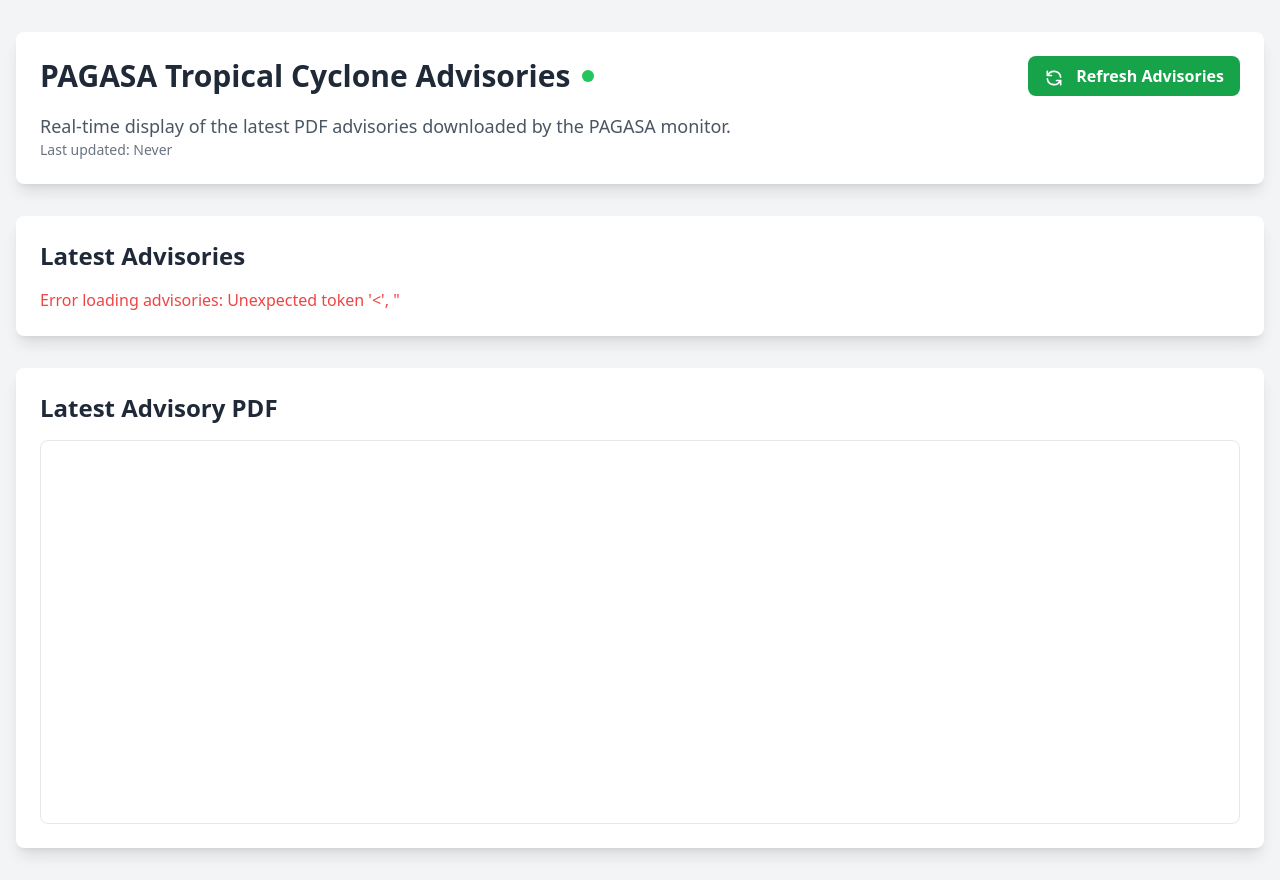
Repository: JetSpy-404/Heat-Mapping-For-Disaster-Risk-Prone-Areas
Page: pdf_viewer.html
The author's editor kept a copy of each file at every save. The page is drawn from the files as they stood at one save, then again after a run of saves.
The browser window is 1280 px wide. The pictures show the whole page.
Some web libraries are served in a nearby version.

Above is the page before, as saved 2025-11-09 21:06:28.

### pdf_viewer.html
<!DOCTYPE html>
<html lang="en">
<head>
    <meta charset="UTF-8">
    <meta name="viewport" content="width=device-width, initial-scale=1.0">
    <title>PAGASA Advisories Viewer</title>
    <script src="https://cdn.tailwindcss.com"></script>
</head>
<body class="bg-gray-100 min-h-screen py-8 px-4">
    <div class="max-w-7xl mx-auto">
        <!-- Header Section -->
        <div class="bg-white rounded-lg shadow-lg p-6 mb-8">
            <div class="flex items-center justify-between mb-4">
                <h1 class="text-3xl font-bold text-gray-800 flex items-center">
                    PAGASA Tropical Cyclone Advisories
                    <span class="status-indicator ml-3 w-3 h-3 bg-green-500 rounded-full" id="status-indicator"></span>
                </h1>
                <button class="bg-green-600 hover:bg-green-700 text-white font-semibold py-2 px-4 rounded-lg transition duration-200 refresh-btn" onclick="refreshPDFs()">
                    <svg class="w-5 h-5 inline mr-2" fill="none" stroke="currentColor" viewBox="0 0 24 24">
                        <path stroke-linecap="round" stroke-linejoin="round" stroke-width="2" d="M4 4v5h.582m15.356 2A8.001 8.001 0 004.582 9m0 0H9m11 11v-5h-.581m0 0a8.003 8.003 0 01-15.357-2m15.357 2H15"></path>
                    </svg>
                    Refresh Advisories
                </button>
            </div>
            <p class="text-gray-600 text-lg">Real-time display of the latest PDF advisories downloaded by the PAGASA monitor.</p>
            <p class="text-sm text-gray-500" id="last-updated">Last updated: Never</p>
            <div class="loading hidden text-center py-4 text-gray-500 font-medium" id="loading">
                <svg class="animate-spin w-6 h-6 inline mr-2" fill="none" viewBox="0 0 24 24">
                    <circle class="opacity-25" cx="12" cy="12" r="10" stroke="currentColor" stroke-width="4"></circle>
                    <path class="opacity-75" fill="currentColor" d="M4 12a8 8 0 018-8V0C5.373 0 0 5.373 0 12h4zm2 5.291A7.962 7.962 0 014 12H0c0 3.042 1.135 5.824 3 7.938l3-2.647z"></path>
                </svg>
                Loading advisories...
            </div>
        </div>

        <!-- Advisories List -->
        <div id="advisories-list" class="bg-white rounded-lg shadow-lg p-6">
            <h2 class="text-2xl font-bold text-gray-800 mb-4">Latest Advisories</h2>
            <ul id="advisories-ul" class="space-y-4">
                <!-- Advisories will be loaded here dynamically -->
            </ul>
        </div>

        <!-- Latest PDF Display -->
        <div id="latest-pdf-display" class="bg-white rounded-lg shadow-lg p-6 mt-8">
            <h2 class="text-2xl font-bold text-gray-800 mb-4">Latest Advisory PDF</h2>
            <iframe id="latest-pdf-iframe" class="w-full h-96 border border-gray-200 rounded-lg" type="application/pdf"></iframe>
        </div>
    </div>

    <!-- PDF Modal -->
    <div id="pdf-modal" class="fixed inset-0 bg-black bg-opacity-50 hidden z-50">
        <div class="flex items-center justify-center min-h-screen p-4">
            <div class="bg-white rounded-lg shadow-2xl w-full max-w-6xl max-h-screen overflow-hidden">
                <div class="bg-gradient-to-r from-blue-600 to-blue-700 px-6 py-4 flex items-center justify-between">
                    <h2 id="modal-title" class="text-xl font-bold text-white">PDF Viewer</h2>
                    <button onclick="closePDFModal()" class="text-white hover:text-gray-200 transition duration-200">
                        <svg class="w-6 h-6" fill="none" stroke="currentColor" viewBox="0 0 24 24">
                            <path stroke-linecap="round" stroke-linejoin="round" stroke-width="2" d="M6 18L18 6M6 6l12 12"></path>
                        </svg>
                    </button>
                </div>
                <div class="p-6">
                    <iframe id="modal-pdf-iframe" class="w-full h-[80vh] border border-gray-200 rounded-lg" type="application/pdf"></iframe>
                </div>
            </div>
        </div>
    </div>

    <script>
        let lastUpdate = null;

        // Load PDFs on page load
        document.addEventListener('DOMContentLoaded', function() {
            loadPDFs();
            // Auto-refresh every 5 minutes
            setInterval(loadPDFs, 5 * 60 * 1000);

            // Start PAGASA monitor
            startPagasaMonitor();
        });

        async function loadPDFs() {
            const loading = document.getElementById('loading');
            const statusIndicator = document.getElementById('status-indicator');
            const container = document.getElementById('advisories-ul');

            loading.style.display = 'block';
            statusIndicator.classList.add('updating');

            try {
                const response = await fetch('list_pdfs.php');
                if (!response.ok) {
                    throw new Error(`HTTP ${response.status}: ${response.statusText}`);
                }

                const pdfs = await response.json();
                console.log('Loaded PDFs:', pdfs);

                if (pdfs.error) {
                    throw new Error(pdfs.error);
                }

                // Always display PDFs for now (remove update check to force refresh)
                displayAdvisories(pdfs);
                displayLatestPDF(pdfs);
                lastUpdate = pdfs.length > 0 ? pdfs[0].modified : null;

                // Update last updated time
                updateLastUpdatedTime();

            } catch (error) {
                console.error('Error loading PDFs:', error);
                container.innerHTML = `<li class="text-red-500">Error loading advisories: ${error.message}. Please check if PHP is running and try again.</li>`;
            } finally {
                loading.style.display = 'none';
                statusIndicator.classList.remove('updating');
            }
        }

        function displayAdvisories(pdfs) {
            const container = document.getElementById('advisories-ul');

            if (pdfs.length === 0) {
                container.innerHTML = `
                    <li class="text-gray-500 text-center py-8">
                        <svg class="w-16 h-16 mx-auto text-gray-400 mb-4" fill="none" stroke="currentColor" viewBox="0 0 24 24">
                            <path stroke-linecap="round" stroke-linejoin="round" stroke-width="2" d="M9 12h6m-6 4h6m2 5H7a2 2 0 01-2-2V5a2 2 0 012-2h5.586a1 1 0 01.707.293l5.414 5.414a1 1 0 01.293.707V19a2 2 0 01-2 2z"></path>
                        </svg>
                        <h3 class="text-xl font-semibold text-gray-700 mb-2">No PDF Advisories Found</h3>
                        <p class="text-gray-500">The monitor may still be downloading files. Please check back later.</p>
                    </li>
                `;
                return;
            }

            // Display only the latest and last hours advisory (first two in sorted list)
            const latestAdvisories = pdfs.slice(0, 2);

            let html = '';
            latestAdvisories.forEach(pdf => {
                const fileSizeMB = (pdf.size / (1024 * 1024)).toFixed(2);
                html += `
                    <li class="bg-gray-50 rounded-lg p-4 border border-gray-200">
                        <div class="flex items-center justify-between">
                            <div class="flex-1">
                                <h3 class="text-lg font-semibold text-gray-800 mb-2">
                                    ${formatPDFTitle(pdf.filename)}
                                </h3>
                                <div class="text-sm text-gray-600 space-y-1">
                                    <div class="flex items-center">
                                        <svg class="w-4 h-4 mr-2" fill="none" stroke="currentColor" viewBox="0 0 24 24">
                                            <path stroke-linecap="round" stroke-linejoin="round" stroke-width="2" d="M12 8v4l3 3m6-3a9 9 0 11-18 0 9 9 0 0118 0z"></path>
                                        </svg>
                                        Updated: ${pdf.modified}
                                    </div>
                                    <div class="flex items-center">
                                        <svg class="w-4 h-4 mr-2" fill="none" stroke="currentColor" viewBox="0 0 24 24">
                                            <path stroke-linecap="round" stroke-linejoin="round" stroke-width="2" d="M7 4V2a1 1 0 011-1h8a1 1 0 011 1v2m-9 0h10m-9 0V1m10 3V1m0 3l1 1v16a2 2 0 01-2 2H6a2 2 0 01-2-2V5l1-1z"></path>
                                        </svg>
                                        Size: ${fileSizeMB} MB
                                    </div>
                                </div>
                            </div>
                            <div class="flex space-x-2 ml-4">
                                <button onclick="viewFullPDF('${pdf.path}', '${formatPDFTitle(pdf.filename)}')" class="bg-blue-500 text-white hover:bg-blue-600 font-semibold py-2 px-4 rounded-lg transition duration-200 flex items-center">
                                    <svg class="w-4 h-4 mr-2" fill="none" stroke="currentColor" viewBox="0 0 24 24">
                                        <path stroke-linecap="round" stroke-linejoin="round" stroke-width="2" d="M15 12a3 3 0 11-6 0 3 3 0 016 0z"></path>
                                        <path stroke-linecap="round" stroke-linejoin="round" stroke-width="2" d="M2.458 12C3.732 7.943 7.523 5 12 5c4.478 0 8.268 2.943 9.542 7-1.274 4.057-5.064 7-9.542 7-4.477 0-8.268-2.943-9.542-7z"></path>
                                    </svg>
                                    View
                                </button>
                                <a href="${pdf.path}" target="_blank" class="bg-green-500 text-white hover:bg-green-600 font-semibold py-2 px-4 rounded-lg transition duration-200 flex items-center">
                                    <svg class="w-4 h-4 mr-2" fill="none" stroke="currentColor" viewBox="0 0 24 24">
                                        <path stroke-linecap="round" stroke-linejoin="round" stroke-width="2" d="M12 10v6m0 0l-3-3m3 3l3-3m2 8H7a2 2 0 01-2-2V5a2 2 0 012-2h5.586a1 1 0 01.707.293l5.414 5.414a1 1 0 01.293.707V19a2 2 0 01-2 2z"></path>
                                    </svg>
                                    Download
                                </a>
                            </div>
                        </div>
                    </li>
                `;
            });

            container.innerHTML = html;
        }

        function formatPDFTitle(filename) {
            // Convert filename to readable title
            return filename
                .replace('.pdf', '')
                .replace(/_/g, ' ')
                .replace(/\b\w/g, l => l.toUpperCase());
        }

        function viewFullPDF(pdfPath, title) {
            const modal = document.getElementById('pdf-modal');
            const modalTitle = document.getElementById('modal-title');
            const modalIframe = document.getElementById('modal-pdf-iframe');

            modalTitle.textContent = title;
            modalIframe.src = pdfPath;
            modal.classList.remove('hidden');

            // Prevent body scroll when modal is open
            document.body.style.overflow = 'hidden';
        }

        function displayLatestPDF(pdfs) {
            const iframe = document.getElementById('latest-pdf-iframe');
            if (pdfs.length > 0) {
                iframe.src = pdfs[0].path;
            } else {
                iframe.src = '';
            }
        }

        function closePDFModal() {
            const modal = document.getElementById('pdf-modal');
            const modalIframe = document.getElementById('modal-pdf-iframe');

            modal.classList.add('hidden');
            modalIframe.src = '';

            // Restore body scroll
            document.body.style.overflow = 'auto';
        }

        function updateLastUpdatedTime() {
            const lastUpdatedElement = document.getElementById('last-updated');
            const now = new Date();
            const timeString = now.toLocaleString();
            lastUpdatedElement.textContent = `Last updated: ${timeString}`;
        }

        // PAGASA Monitor Integration - Check for updates via PHP
        function startPagasaMonitor() {
            console.log('Starting PAGASA Monitor check...');

            // Check for new advisories immediately on load
            checkForNewAdvisories();

            // Check every 5 minutes (300000 ms)
            setInterval(checkForNewAdvisories, 5 * 60 * 1000);
        }

        async function checkForNewAdvisories() {
            try {
                console.log('Checking for new PAGASA advisories...');

                // Call PHP endpoint to check and download new advisories
                const response = await fetch('check_advisories.php');
                if (!response.ok) {
                    throw new Error(`HTTP ${response.status}: ${response.statusText}`);
                }

                const result = await response.json();
                console.log('Advisory check result:', result);

                if (result.new_advisories && result.new_advisories.length > 0) {
                    console.log(`Found ${result.new_advisories.length} new advisories!`);

                    // Show notification
                    showNotification(`Downloaded ${result.new_advisories.length} new advisory(ies)!`, 'success');

                    // Refresh the display
                    loadPDFs();
                } else {
                    console.log('No new advisories found');
                }

            } catch (error) {
                console.error('Error checking for new advisories:', error);
                showNotification('Failed to check for new advisories', 'error');
            }
        }

        function showNotification(message, type = 'info') {
            // Create notification element
            const notification = document.createElement('div');
            notification.className = `fixed top-4 right-4 px-6 py-3 rounded-lg shadow-lg z-50 ${
                type === 'success' ? 'bg-green-500 text-white' :
                type === 'error' ? 'bg-red-500 text-white' :
                'bg-blue-500 text-white'
            }`;
            notification.innerHTML = `
                <div class="flex items-center">
                    <span>${message}</span>
                    <button onclick="this.parentElement.parentElement.remove()" class="ml-4 text-white hover:text-gray-200">
                        <svg class="w-4 h-4" fill="none" stroke="currentColor" viewBox="0 0 24 24">
                            <path stroke-linecap="round" stroke-linejoin="round" stroke-width="2" d="M6 18L18 6M6 6l12 12"></path>
                        </svg>
                    </button>
                </div>
            `;

            document.body.appendChild(notification);

            // Auto-remove after 5 seconds
            setTimeout(() => {
                if (notification.parentElement) {
                    notification.remove();
                }
            }, 5000);
        }

        function refreshPDFs() {
            loadPDFs();
        }

        // Manual refresh function exposed globally
        window.refreshPDFs = refreshPDFs;

        // Close modal when clicking outside
        document.getElementById('pdf-modal').addEventListener('click', function(e) {
            if (e.target === this) {
                closePDFModal();
            }
        });

        // Close modal with Escape key
        document.addEventListener('keydown', function(e) {
            if (e.key === 'Escape') {
                closePDFModal();
            }
        });
    </script>
</body>
</html>

After the next 3 saves:
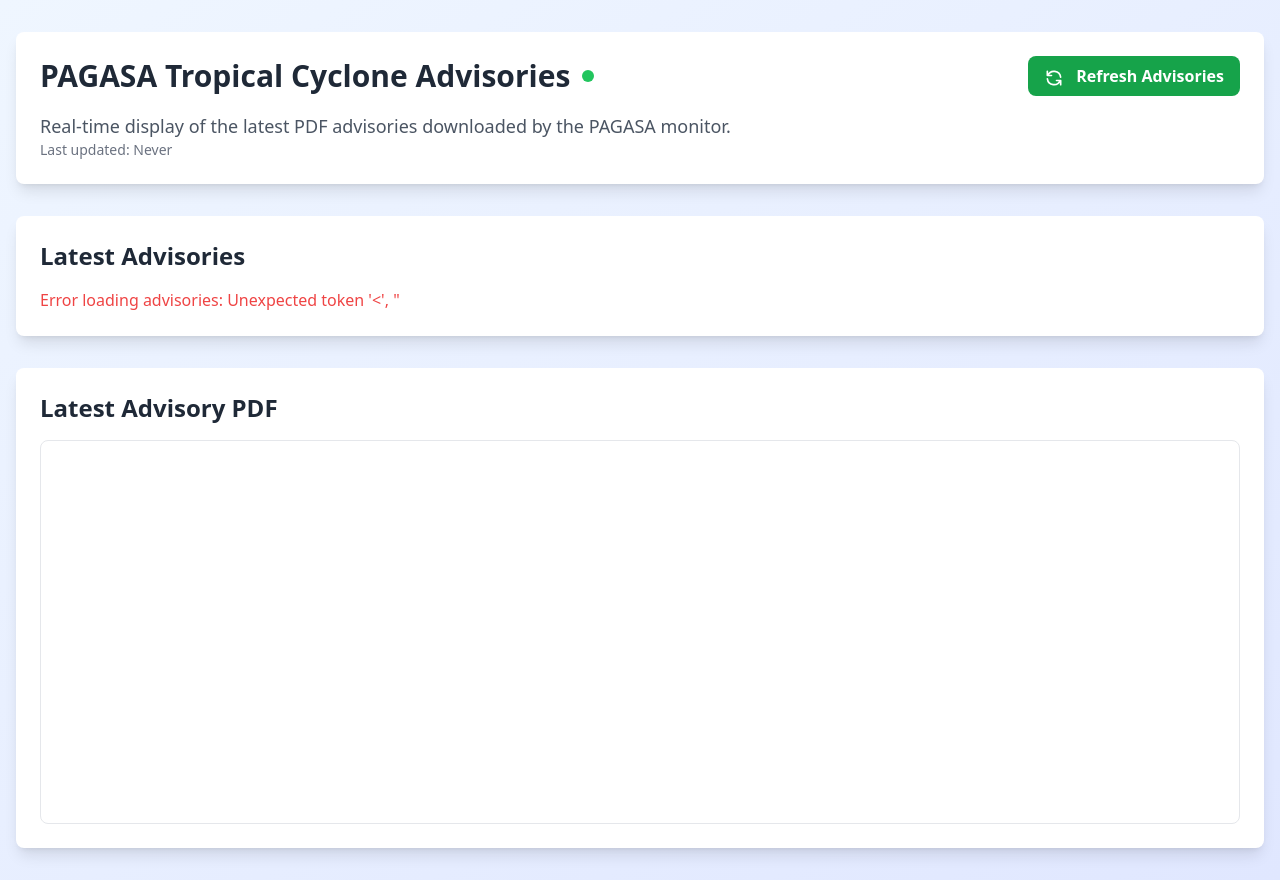
The 3 saves are shown as one change because they came seconds apart.
The last was saved 4 min 51 s later.
--- a/pdf_viewer.html
+++ b/pdf_viewer.html
@@ -5,8 +5,42 @@
     <meta name="viewport" content="width=device-width, initial-scale=1.0">
     <title>PAGASA Advisories Viewer</title>
     <script src="https://cdn.tailwindcss.com"></script>
+    <style>
+        .status-indicator.updating {
+            animation: pulse 1s infinite;
+        }
+        @keyframes pulse {
+            0%, 100% { opacity: 1; }
+            50% { opacity: 0.5; }
+        }
+        .card-hover {
+            transition: transform 0.2s ease, box-shadow 0.2s ease;
+        }
+        .card-hover:hover {
+            transform: translateY(-2px);
+            box-shadow: 0 10px 25px rgba(0, 0, 0, 0.1);
+        }
+        .gradient-bg {
+            background: linear-gradient(135deg, #667eea 0%, #764ba2 100%);
+        }
+        .modal-backdrop {
+            backdrop-filter: blur(4px);
+        }
+        .loading-spinner {
+            border: 4px solid #f3f3f3;
+            border-top: 4px solid #3498db;
+            border-radius: 50%;
+            width: 40px;
+            height: 40px;
+            animation: spin 1s linear infinite;
+        }
+        @keyframes spin {
+            0% { transform: rotate(0deg); }
+            100% { transform: rotate(360deg); }
+        }
+    </style>
 </head>
-<body class="bg-gray-100 min-h-screen py-8 px-4">
+<body class="bg-gradient-to-br from-blue-50 to-indigo-100 min-h-screen py-8 px-4">
     <div class="max-w-7xl mx-auto">
         <!-- Header Section -->
         <div class="bg-white rounded-lg shadow-lg p-6 mb-8">
